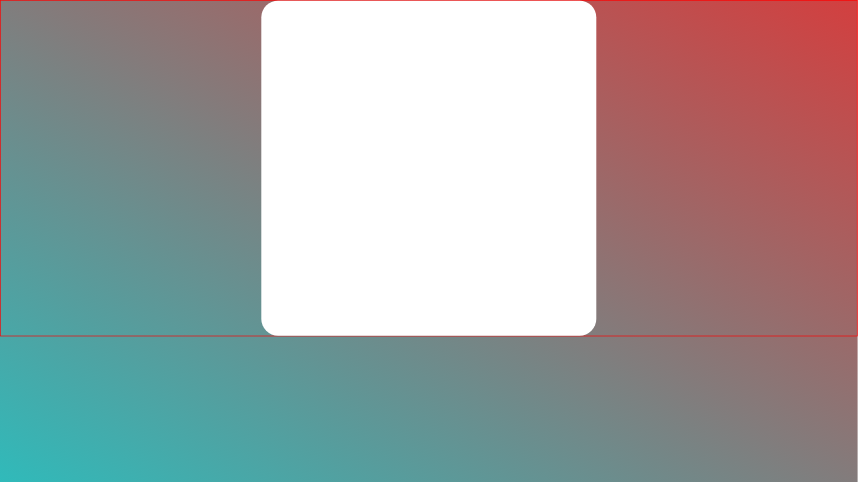
Repository: Lewisjohnward/kindle-clippings-to-cards
Page: /
An editor plug-in stored every save of this project. The page is shown before and after the next save, followed by the edit.
The browser window is 1280 px wide. The pictures show the whole page, at 67% of full size.
Backgrounds fixed to the window are drawn as part of the page. The project was rebuilt for these pictures with package versions that can differ from the ones it lists, and the page was loaded fresh each time.

Above is the page before, as saved 2021-10-28 20:32:19.

After the next save:
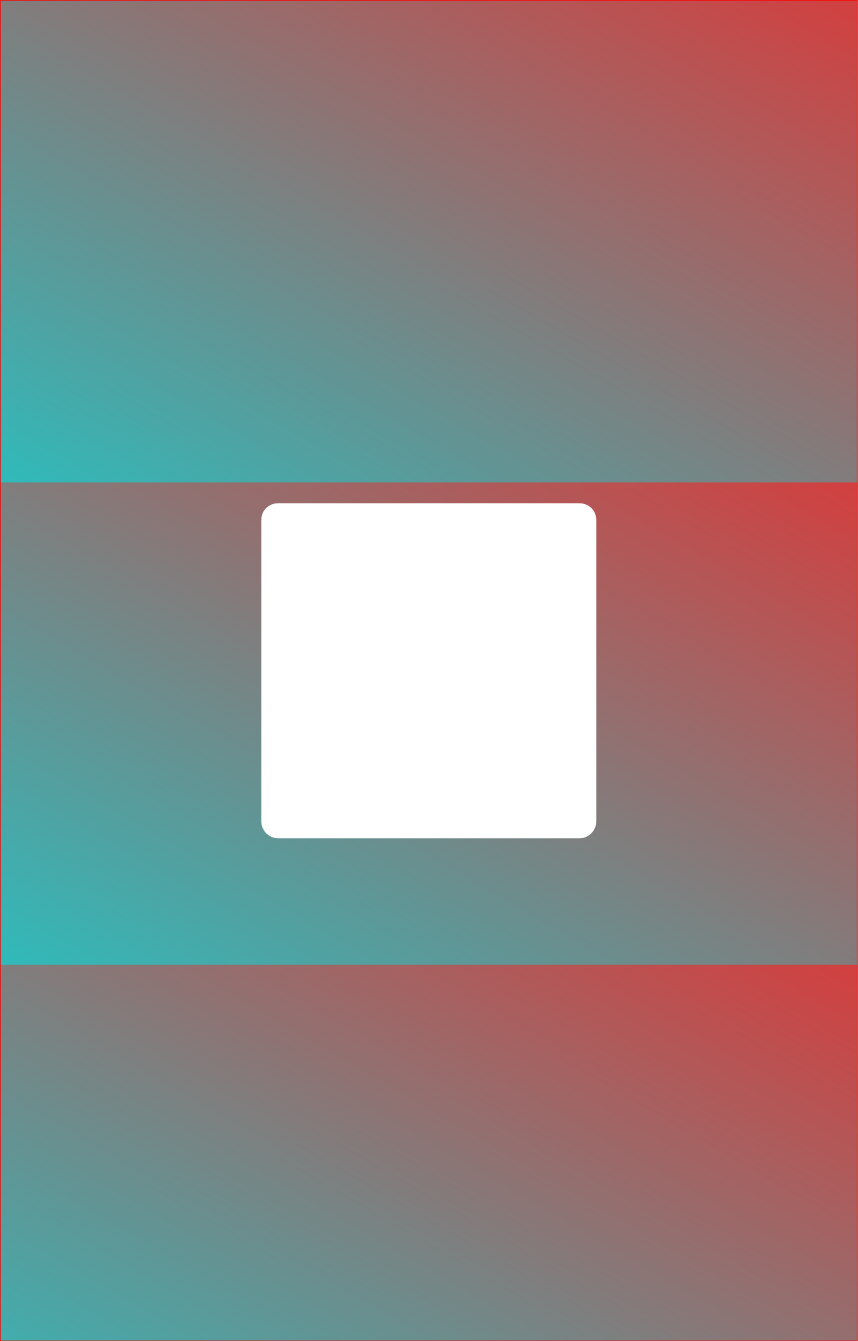
Saved 9 s later.
--- a/src/App.js
+++ b/src/App.js
@@ -20,7 +20,7 @@
   display: flex;
   justify-content: center;
   align-items: center;
-  height: 100%;
+  height: 2000px;
   border: 1px solid red;
 `;
 
